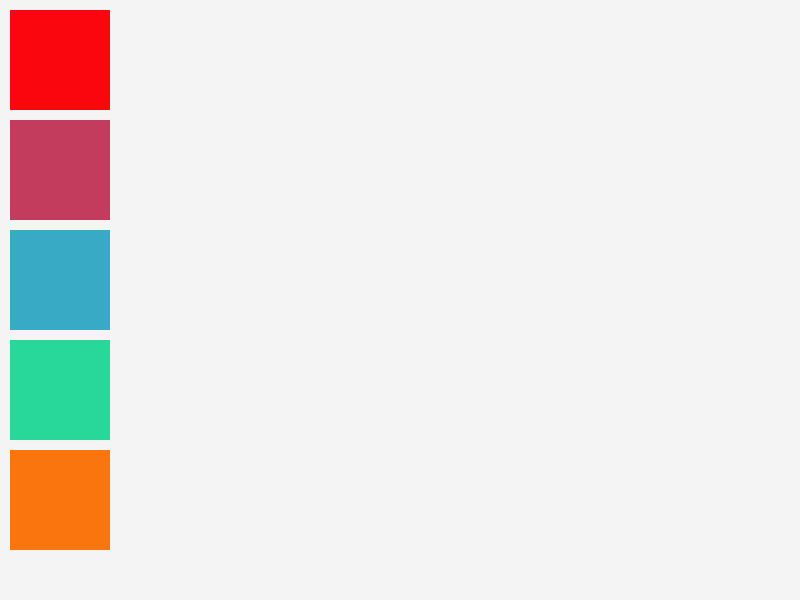
Repository: vitmac1/eclipse-workspace-project
Program's window: java exercicios-javafx/src/layout/AppLayout.java
These files come from the project's save history. The program's window is drawn as it stood at one moment and after the next save; the edit follows.
It runs on Java 21 on a 1366 x 768 screen with JavaFX 11; the title bar is not drawn.

Above is the program's window before, as saved 2022-10-21 17:02:31.

### exercicios-javafx/src/layout/AppLayout.java
package layout;

import javafx.application.Application;
import javafx.scene.Parent;
import javafx.scene.Scene;
//import javafx.scene.Scene;
//import javafx.scene.layout.VBox;
import javafx.stage.Stage;

public class AppLayout extends Application{

	private Stage Janela;

	@Override
	public void start(Stage primaryStage) throws Exception {
		@SuppressWarnings("unused")
		Parent raiz = null;

		raiz = new TesteBorderPane();
		raiz = new TesteFlowPane();

		Scene principal = new Scene(new TesteFlowPane(), 800, 600);

		Janela = primaryStage;
		Janela.setScene(principal);
		Janela.setTitle("Gerenciador de Layout");
		Janela.show();
	}

	public static void main(String[] args) {
		launch(args);
	}
}

### exercicios-javafx/src/layout/TesteFlowPane.java
package layout;

import javafx.geometry.Insets;
import javafx.geometry.Orientation;
import javafx.scene.layout.FlowPane;

public class TesteFlowPane extends FlowPane{

	public TesteFlowPane() {
		Quadrado q1 = new Quadrado();
		Quadrado q2 = new Quadrado();
		Quadrado q3 = new Quadrado();
		Quadrado q4 = new Quadrado();
		Quadrado q5 = new Quadrado();

		setHgap(10);
		setVgap(10);
		setPadding(new Insets(10));

		setOrientation(Orientation.VERTICAL);

		getChildren().addAll(q1, q2, q3, q4, q5);
	}
}

### exercicios-javafx/src/layout/TesteBorderPane.java
package layout;

import javafx.scene.layout.BorderPane;

public class TesteBorderPane extends BorderPane{

	public TesteBorderPane() {

		Caixa c1 = new Caixa().comTexto("Topo");
		setTop(c1);

		Caixa c2 = new Caixa().comTexto("Esquerda");
		setLeft(c2);

		Caixa c3 = new Caixa().comTexto("Direita");
		setRight(c3);

		Caixa c4 = new Caixa().comTexto("Fundo");
		setBottom(c4);

		Caixa c5 = new Caixa().comTexto("Area Central");
		setCenter(c5);
	}
}

### exercicios-javafx/src/layout/Caixa.java
package layout;

import javafx.geometry.Pos;
import javafx.scene.control.Label;
import javafx.scene.layout.Background;
import javafx.scene.layout.BackgroundFill;
import javafx.scene.layout.CornerRadii;
import javafx.scene.layout.HBox;
import javafx.scene.paint.Color;
import javafx.scene.text.Font;

public class Caixa extends HBox{

	private static int i = 0;

	private String[] cores =
	{
		"#c33c5e", "#39aac6", "#28d79a",
		"#fb750e", "#6657a8", "#f9060e"
	};

	public Caixa() {
		this(100, 100);
	}

	public Caixa(int largura, int altura) {
		setAlignment(Pos.CENTER);

		setMinWidth(largura);
		setMinHeight(altura);

		BackgroundFill fill = new BackgroundFill(
				Color.web(cores[i]), CornerRadii.EMPTY, javafx.geometry.Insets.EMPTY);
		setBackground(new Background(fill));

		i++;
		if (i == 6)i = 0;

	}

	public Caixa comTexto(String texto) {
		Label label = new Label(texto);
		label.setFont(new Font(24));
		getChildren().add(label);
		return this;
	}
}

### exercicios-javafx/src/layout/Quadrado.java
package layout;

import javafx.scene.paint.Color;
import javafx.scene.shape.Rectangle;

public class Quadrado extends Rectangle{
	private static int i = 0;

	private String[] cores =
	{
		"#c33c5e", "#39aac6", "#28d79a",
		"#fb750e", "#6657a8", "#f9060e"
	};

	public Quadrado() {
		this(100, 100);
	}

	public Quadrado(int largura, int altura) {

		setWidth(largura);
		setHeight(altura);

		setFill(Color.web(cores[i]));

		i++;
		if (i == 6)i = 0;
	}


}

After the next save:
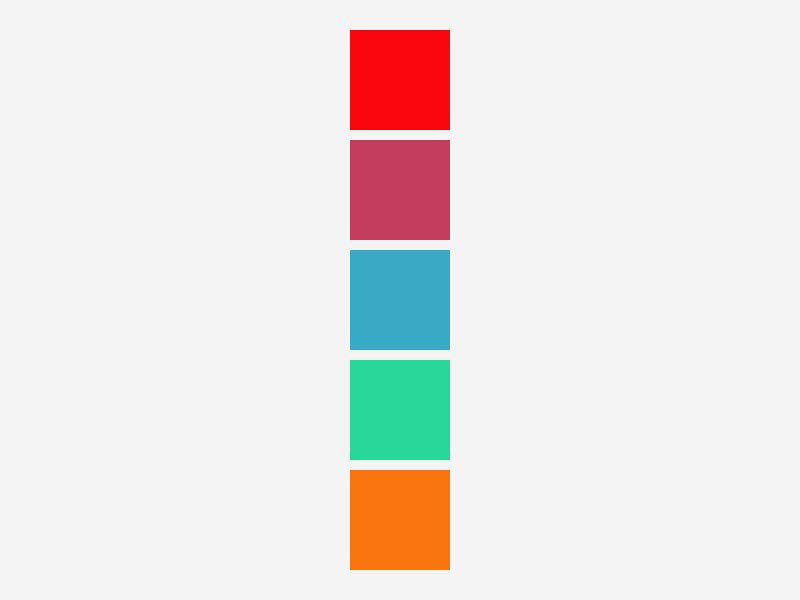
Saved 20 s later.
--- a/exercicios-javafx/src/layout/TesteFlowPane.java
+++ b/exercicios-javafx/src/layout/TesteFlowPane.java
@@ -2,6 +2,7 @@
 
 import javafx.geometry.Insets;
 import javafx.geometry.Orientation;
+import javafx.geometry.Pos;
 import javafx.scene.layout.FlowPane;
 
 public class TesteFlowPane extends FlowPane{
@@ -18,6 +19,7 @@
 		setPadding(new Insets(10));
 
 		setOrientation(Orientation.VERTICAL);
+		setAlignment(Pos.CENTER);
 
 		getChildren().addAll(q1, q2, q3, q4, q5);
 	}
